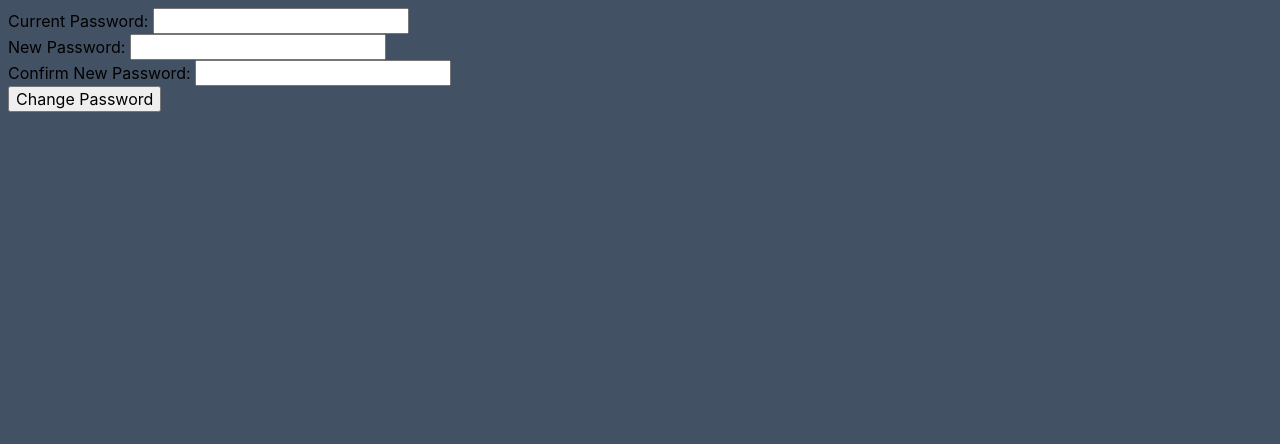
Repository: beroge/proactiveIT
Page: http://localhost/phplogin/change.php
The author's editor kept a copy of each file at every save. The page is drawn from the files as they stood at one save, then again after a run of saves.
The browser window is 1280 px wide. The pictures show the whole page.
The page is run by PHP 8.4 with error messages shown; the project is at /var/www/html/.

Above is the page before, as saved 2023-05-01 14:08:29.

After the next 2 saves:
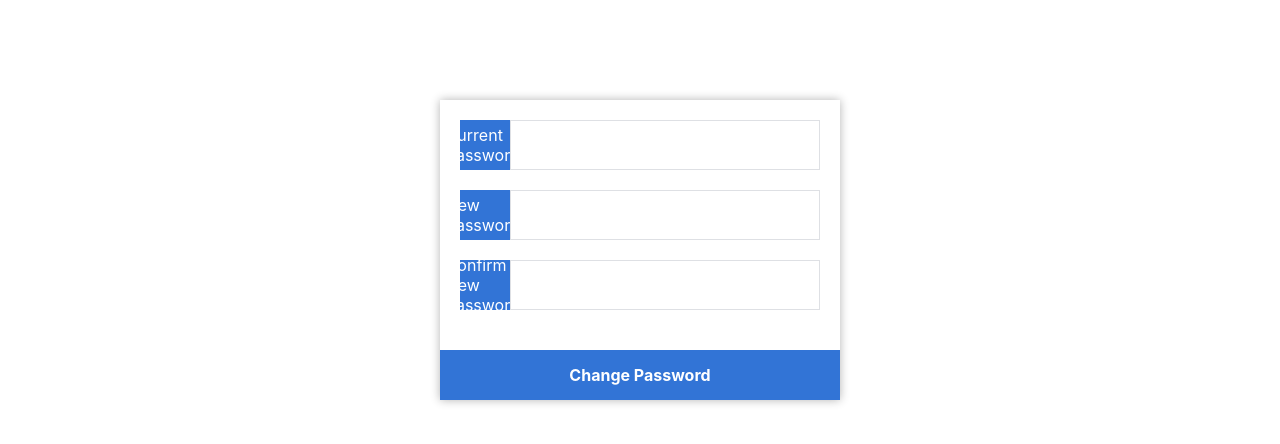
The 2 saves are shown as one change because they came seconds apart.
The last was saved 2 min 27 s later.
--- a/admin/data/phplogin/change.php
+++ b/admin/data/phplogin/change.php
@@ -6,7 +6,7 @@
 		<link href="style.css" rel="stylesheet" type="text/css">
 		<link rel="stylesheet" href="https://cdnjs.cloudflare.com/ajax/libs/font-awesome/6.2.0/css/all.min.css" integrity="sha512-xh6O/CkQoPOWDdYTDqeRdPCVd1SpvCA9XXcUnZS2FmJNp1coAFzvtCN9BmamE+4aHK8yyUHUSCcJHgXloTyT2A==" crossorigin="anonymous" referrerpolicy="no-referrer">
 	</head>
-	<body class="loggedin">
+	<body class="login">
 
 
 <form action="change_password.php" method="post">
